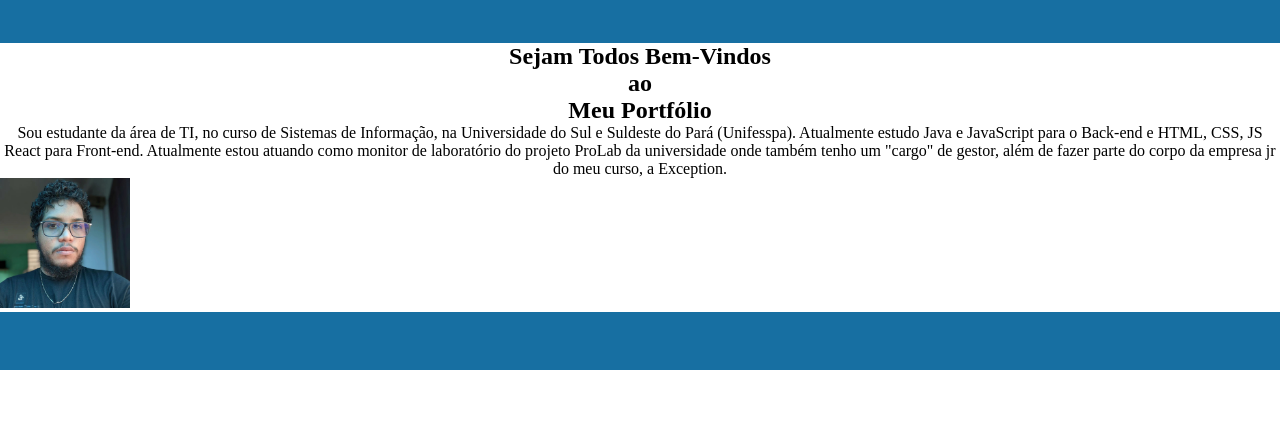
Repository: ramoncbarbosa/Web1_Atividade2
Page: index.html
These files come from the project's save history. The page is drawn as it stood at one moment and after the next save; the edit follows.
The browser window is 1280 px wide. The pictures show the whole page.

Above is the page before, as saved 2023-06-10 15:24:31.

### index.html
<!DOCTYPE html>
<html lang="pt-br">
<head>
    <meta charset="UTF-8">
    <meta name="viewport" content="width=device-width, initial-scale=1.0">
    <link rel="stylesheet" href="./styles/styles.css">
    <title>Portfólio</title>
</head>
<body>
    <header class="cabecalho">
        <nav>
            <ul>

            </ul>
        </nav>
    </header>
    <section></section>
    <main class="principal">
        <section class="principal__principal">
            <h1 class="principal__titulo">Sejam Todos Bem-Vindos<br> ao<br> <strong>Meu Portfólio</strong></h1>
            <p class="principal__texto">
                Sou estudante da área de TI, no curso de Sistemas de Informação, na Universidade do Sul e Suldeste do Pará (Unifesspa). Atualmente estudo Java e JavaScript para o Back-end e HTML, CSS, JS React para Front-end.
                    Atualmente estou atuando como monitor de laboratório do projeto ProLab da universidade onde também tenho um "cargo" de gestor, além de fazer parte do corpo da empresa jr do meu curso, a Exception.
            </p>
            <div class="princiapl__links">
                <a target="_blank" class="princiapl__links__social" href=""></a>
            </div>
        </section>
            <img src="./img/perfil.jpg" alt="" width="130" height="130">
    </main>
    <footer class="rodape">

    </footer>
</body>
</html>

### styles/styles.css
*{
    padding: 0;
    margin: 0;
    box-sizing: border-box;
}

:root{
    --cor-um: #176FA2;
    --cor-dois: #EEEEEE;
    --cor-tres: #000000;
}

.cabecalho{
    width: 100%;
    height: 6vh;
    display: flex;
    background-color: var(--cor-um);
}

.principal{
    justify-content: center;
}

.principal__titulo{
    text-align: center;
    justify-content: center;
}

.principal__texto{
    text-align: center;
    flex-wrap: wrap;
    justify-content: space-around;
}

.imagem{

}

.rodape{
    width: 100%;
    height: 8vh;
    display: flex;
    background-color: var(--cor-um);
}

After the next save:
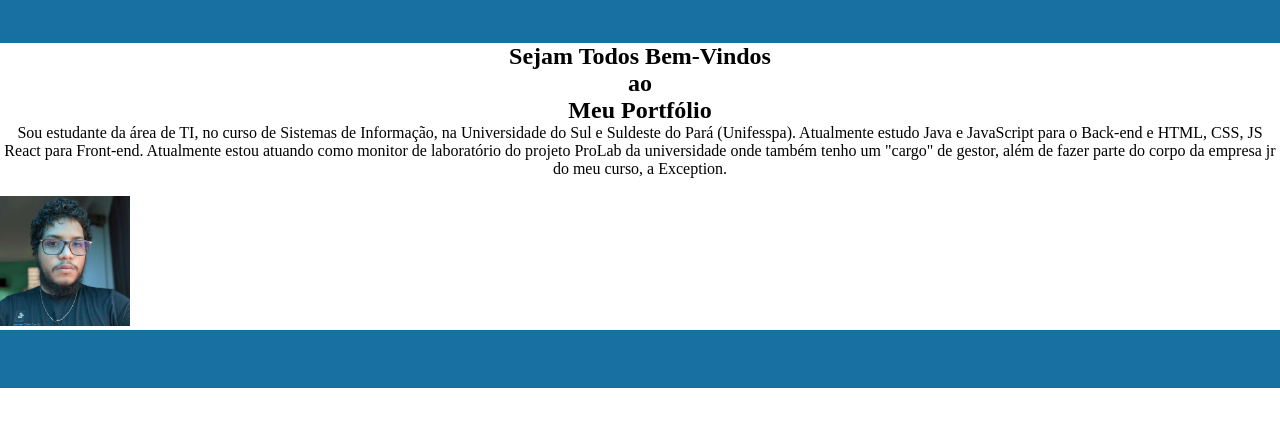
Saved 16 s later.
--- a/index.html
+++ b/index.html
@@ -23,7 +23,7 @@
                     Atualmente estou atuando como monitor de laboratório do projeto ProLab da universidade onde também tenho um "cargo" de gestor, além de fazer parte do corpo da empresa jr do meu curso, a Exception.
             </p>
             <div class="princiapl__links">
-                <a target="_blank" class="princiapl__links__social" href=""></a>
+                <a target="_blank" class="princiapl__links__social" href=""><img src="" alt=""></a>
             </div>
         </section>
             <img src="./img/perfil.jpg" alt="" width="130" height="130">
